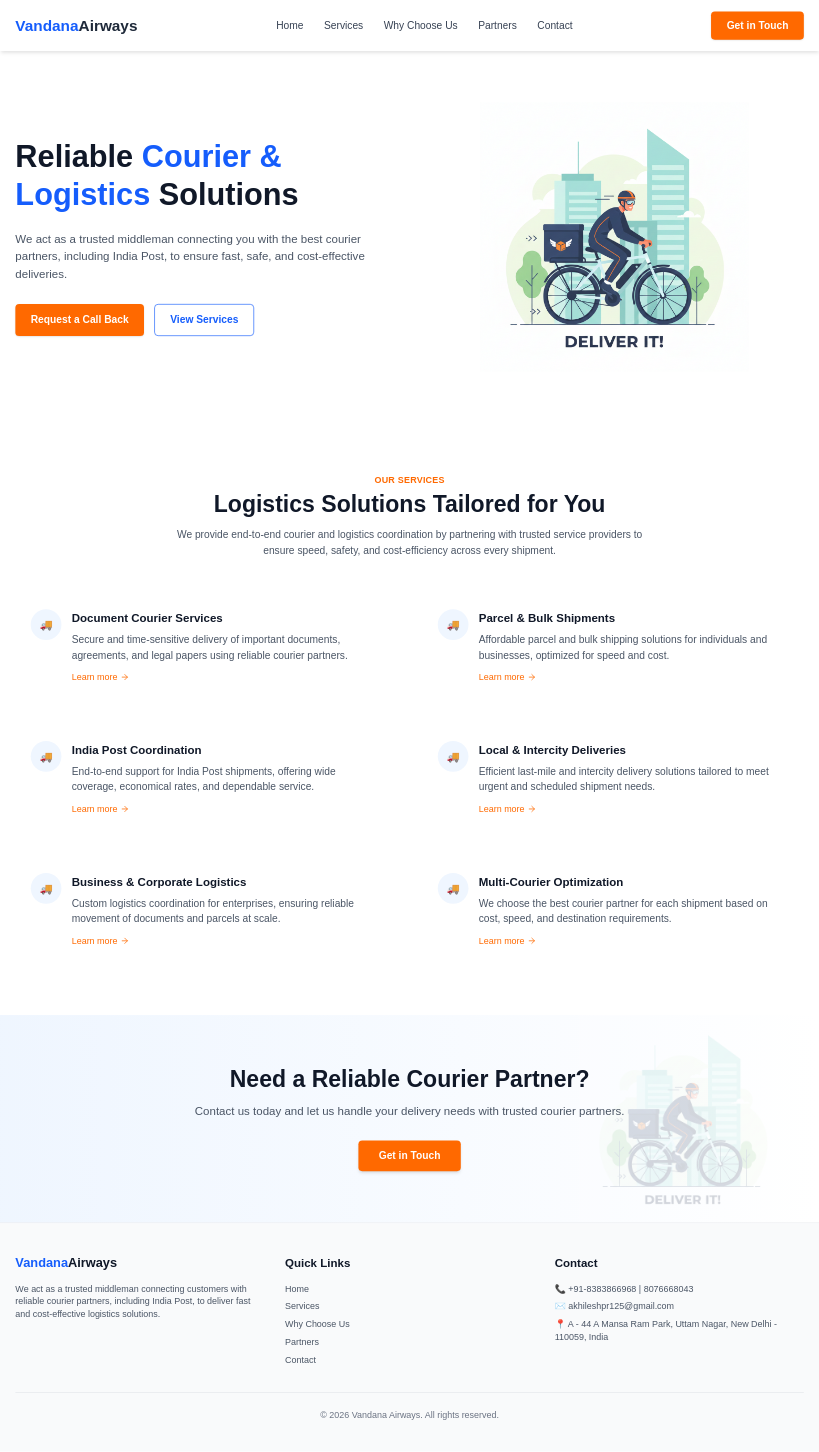
Repository: Rohit-foryou/Courier-Portfolio
Page: /
An editor plug-in stored every save of this project. The page is shown before and after the next save, followed by the edit.
The browser window is 1280 px wide. The pictures show the whole page, at 64% of full size.
The project was rebuilt for these pictures with package versions that can differ from the ones it lists, and the page was loaded fresh each time. The framework's server and built-in components were replaced by stand-ins that run in the browser. Also part of the build but not shown: next.config.ts.

Above is the page before, as saved 2026-02-09 22:46:10.

### app/layout.tsx
import "./globals.css";
import Navbar from "../components/Navbar";
import Footer from "../components/Fotter";

export const metadata = {
  title: "Courier Portfolio",
  description: "Courier & logistics service portfolio website",
};

export default function RootLayout({
  children,
}: {
  children: React.ReactNode;
}) {
  return (
    <html lang="en">
      <body>
        <Navbar />
        <main className="min-h-screen">{children}</main>
        <Footer />
      </body>
    </html>
  );
}

### app/page.tsx
import HeroSection from "../components/HeroSection";
import ServicesOverview from "../components/ServiceOverview";
import CTASection from "../components/CTASection";

export default function HomePage() {
  return (
    <>
      <HeroSection />
      <ServicesOverview />
      <CTASection />
    </>
  );
}

### components/Navbar.tsx
import Link from "next/link";

export default function Navbar() {
  return (
    <nav className="w-full bg-white sticky top-0 z-50 shadow-md">
      <div className="max-w-7xl mx-auto px-6">
        <div className="flex items-center justify-between h-20">

          {/* Logo */}
          <Link href="/" className="flex items-center">
            <span className="text-2xl font-bold text-blue-600">
              Vandana<span className="text-gray-800">Airways</span>
            </span>
          </Link>

          {/* Navigation Links */}
          <div className="hidden md:flex items-center space-x-8 text-gray-700 font-medium">
            {["Home", "Services", "Why Choose Us", "Partners", "Contact"].map(
              (item) => (
                <Link
                  key={item}
                  href={item === "Home" ? "/" : `/${item.toLowerCase().replace(/\s/g, "-")}`}
                  className="relative hover:text-blue-600 transition after:absolute after:left-0 after:-bottom-1 after:w-0 after:h-[2px] after:bg-orange-500 hover:after:w-full after:transition-all"
                >
                  {item}
                </Link>
              )
            )}
          </div>

          {/* CTA Button */}
          <Link
            href="/contact"
            className="bg-orange-500 text-white px-6 py-2.5 rounded-md font-semibold hover:bg-orange-600 transition shadow-sm"
          >
            Get in Touch
          </Link>
        </div>
      </div>
    </nav>
  );
}

### components/Fotter.tsx
import Link from "next/link";

export default function Footer() {
  return (
    <footer className="bg-gray-50 border-t border-gray-200">
      <div className="max-w-7xl mx-auto px-6 py-12">
        <div className="grid grid-cols-1 md:grid-cols-3 gap-8">
          {/* Brand / About */}
          <div>
            <h3 className="text-xl font-bold text-blue-600">
  Vandana<span className="text-gray-900">Airways</span>
</h3>

            <p className="mt-4 text-gray-600 text-sm">
              We act as a trusted middleman connecting customers with reliable
              courier partners, including India Post, to deliver fast and
              cost-effective logistics solutions.
            </p>
          </div>

          {/* Quick Links */}
          <div>
            <h4 className="text-lg font-semibold text-gray-900 mb-4">
Quick Links</h4>
            <ul className="mt-4 space-y-2 text-sm">
              <li>
                <Link
                  href="/"
                  className="text-gray-600 hover:text-blue-600 transition"
                >
                  Home
                </Link>
              </li>
              <li>
                <Link
                  href="/services"
                  className="text-gray-600 hover:text-blue-600 transition"
                >
                  Services
                </Link>
              </li>
              <li>
                <Link
                  href="/why-choose-us"
                  className="text-gray-600 hover:text-blue-600 transition"
                >
                  Why Choose Us
                </Link>
              </li>
              <li>
                <Link
                  href="/partners"
                  className="text-gray-600 hover:text-blue-600 transition"
                >
                  Partners
                </Link>
              </li>
              <li>
                <Link
                  href="/contact"
                  className="text-gray-600 hover:text-blue-600 transition"
                >
                  Contact
                </Link>
              </li>
            </ul>
          </div>

          {/* Contact Info */}
          <div>
            <h4 className="text-lg font-semibold text-gray-900">Contact</h4>
            <ul className="mt-4 space-y-2 text-gray-600 text-sm">
              <li>📞 +91-8383866968 | 8076668043</li>
              <li>✉️ akhileshpr125@gmail.com</li>
              <li>
                📍 A - 44 A Mansa Ram Park, Uttam Nagar, New Delhi - 110059, India
              </li>
            </ul>
          </div>
        </div>

        {/* Bottom Bar */}
        <div className="mt-10 border-t border-gray-200 pt-6 text-center text-sm text-gray-500">
          © {new Date().getFullYear()} Vandana Airways. All rights reserved.
        </div>
      </div>
    </footer>
  );
}

### components/HeroSection.tsx
import Link from "next/link";
import Image from "next/image";

export default function HeroSection() {
  return (
    <section className="bg-white">
      <div className="max-w-7xl mx-auto px-6 py-20 grid grid-cols-1 md:grid-cols-2 gap-12 items-center">
        {/* Left Content */}
        <div>
          <h1 className="text-4xl md:text-5xl font-bold text-gray-900 leading-tight">
            Reliable <span className="text-blue-600">Courier & Logistics</span>{" "}
            Solutions
          </h1>

          <p className="mt-6 text-lg text-gray-600">
            We act as a trusted middleman connecting you with the best courier
            partners, including India Post, to ensure fast, safe, and
            cost-effective deliveries.
          </p>

          {/* CTA Buttons */}
          <div className="mt-8 flex flex-wrap gap-4">
            <Link
              href="/contact"
              className="bg-orange-500 text-white px-6 py-3 rounded-md font-semibold hover:bg-orange-600 transition shadow-sm"
            >
              Request a Call Back
            </Link>

            <Link
              href="/services"
              className="border border-blue-600 text-blue-600 px-6 py-3 rounded-md font-semibold hover:bg-blue-50 transition"
            >
              View Services
            </Link>
          </div>
        </div>

        {/* Right Visual */}
        <div className="flex justify-center">
          <Image
            src="/images/courier-illustration.png"
            alt="Courier and logistics illustration"
            width={420}
            height={320}
            className="object-contain"
            priority
          />
        </div>
      </div>
    </section>
  );
}

### components/ServiceOverview.tsx
import ServiceCard from "./ServiceCard";

export default function ServiceOverview() {
  return (
    <section className="bg-white py-20">
      <div className="max-w-7xl mx-auto px-6">
        {/* Section Header */}
        <div className="text-center max-w-3xl mx-auto">
          <p className="text-sm font-semibold text-orange-500 uppercase tracking-wide">
            Our Services
          </p>
          <h2 className="mt-2 text-3xl md:text-4xl font-bold text-gray-900">
            Logistics Solutions Tailored for You
          </h2>
          <p className="mt-4 text-gray-600">
            We provide end-to-end courier and logistics coordination by
            partnering with trusted service providers to ensure speed, safety,
            and cost-efficiency across every shipment.
          </p>
        </div>

        {/* Services Grid */}
        <div className="mt-14 grid grid-cols-1 md:grid-cols-2 gap-10">
          <ServiceCard
            title="Document Courier Services"
            description="Secure and time-sensitive delivery of important documents, agreements, and legal papers using reliable courier partners."
          />
          <ServiceCard
            title="Parcel & Bulk Shipments"
            description="Affordable parcel and bulk shipping solutions for individuals and businesses, optimized for speed and cost."
          />
          <ServiceCard
            title="India Post Coordination"
            description="End-to-end support for India Post shipments, offering wide coverage, economical rates, and dependable service."
          />
          <ServiceCard
            title="Local & Intercity Deliveries"
            description="Efficient last-mile and intercity delivery solutions tailored to meet urgent and scheduled shipment needs."
          />
          <ServiceCard
            title="Business & Corporate
            Logistics"
            description="Custom logistics coordination for enterprises, ensuring reliable movement of documents and parcels at scale."
          />
          <ServiceCard
            title="Multi-Courier Optimization"
            description="We choose the best courier partner for each shipment based on cost, speed, and destination requirements."
          />
        </div>
      </div>
    </section>
  );
}

### components/CTASection.tsx
import Link from "next/link";
import Image from "next/image";

export default function CTASection() {
  return (
    <section className="relative overflow-hidden bg-gradient-to-r from-blue-50 to-white py-20">

      {/* Background Image (subtle, like Trackon) */}
      <div className="absolute right-0 top-0 h-full w-1/3 opacity-20 hidden md:block">
        <Image
          src="/images/courier-illustration.png"
          alt="Courier illustration"
          fill
          className="object-contain"
        />
      </div>

      {/* Content */}
      <div className="relative max-w-4xl mx-auto text-center px-6">
        <h2 className="text-3xl md:text-4xl font-bold text-gray-900">
          Need a Reliable Courier Partner?
        </h2>

        <p className="mt-4 text-gray-600 text-lg">
          Contact us today and let us handle your delivery needs with trusted
          courier partners.
        </p>

        <Link
          href="/contact"
          className="inline-block mt-8 bg-orange-500 hover:bg-orange-600 text-white px-8 py-3 rounded-md font-semibold transition shadow-md"
        >
          Get in Touch
        </Link>
      </div>
    </section>
  );
}

### components/ServiceCard.tsx
import Link from "next/link";
import { ArrowRight } from "lucide-react";

export default function ServiceCard({ title, description }: ServiceCardProps) {
  return (
    <div className="group flex gap-4 p-6 bg-white hover:bg-gray-50 transition rounded-lg">

      {/* Icon */}
      <div className="flex-shrink-0">
        <div className="w-12 h-12 rounded-full bg-blue-50 flex items-center justify-center text-blue-600">
          🚚
        </div>
      </div>

      {/* Content */}
      <div>
        <h3 className="text-lg font-semibold text-gray-900 group-hover:text-blue-600 transition">
          {title}
        </h3>

        <p className="mt-2 text-gray-600">
          {description}
        </p>

        <Link
          href="/services"
          className="inline-flex items-center gap-1 mt-3 text-sm font-medium text-orange-500 hover:gap-2 transition-all"
        >
          Learn more <ArrowRight size={14} />
        </Link>
      </div>
    </div>
  );
}

Loaded but not shown: app/globals.css (common file)

After the next save:
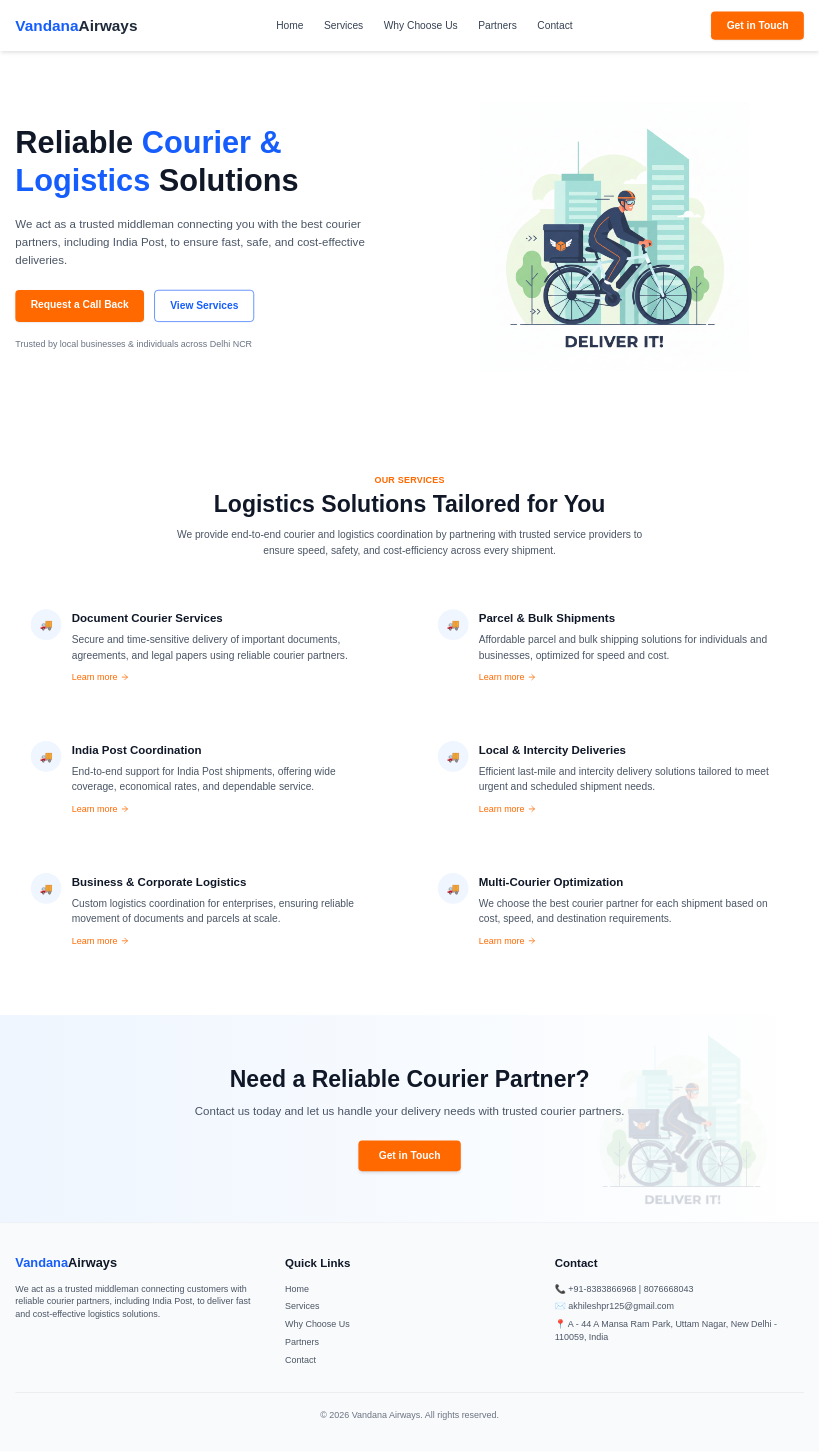
Saved 103 s later.
--- a/components/HeroSection.tsx
+++ b/components/HeroSection.tsx
@@ -5,6 +5,7 @@
   return (
     <section className="bg-white">
       <div className="max-w-7xl mx-auto px-6 py-20 grid grid-cols-1 md:grid-cols-2 gap-12 items-center">
+
         {/* Left Content */}
         <div>
           <h1 className="text-4xl md:text-5xl font-bold text-gray-900 leading-tight">
@@ -34,6 +35,11 @@
               View Services
             </Link>
           </div>
+
+          {/* Trust Signal */}
+          <p className="mt-6 text-sm text-gray-500">
+            Trusted by local businesses & individuals across Delhi NCR
+          </p>
         </div>
 
         {/* Right Visual */}
